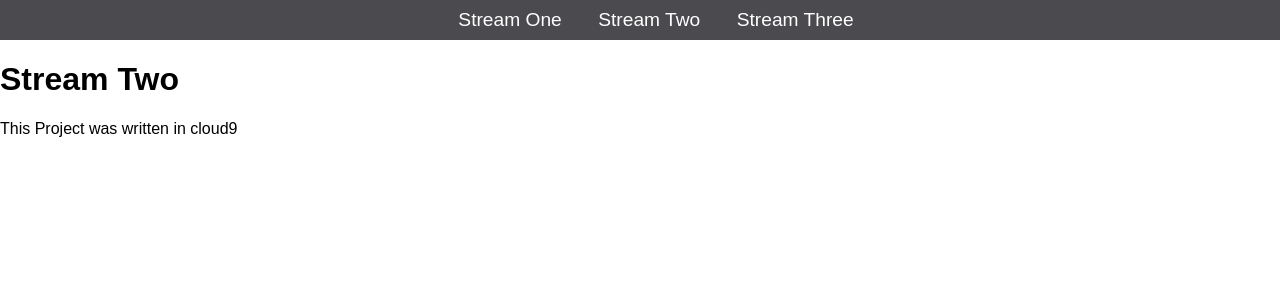
Repository: conbonbom/my-first-website
Page: stream-two.html
The author's editor kept a record of every edit. The page is drawn from the files as they stood at one moment, then again after the next edit.
The browser window is 1280 px wide. The pictures show the whole page.

Above is the page before.

After the next edit:
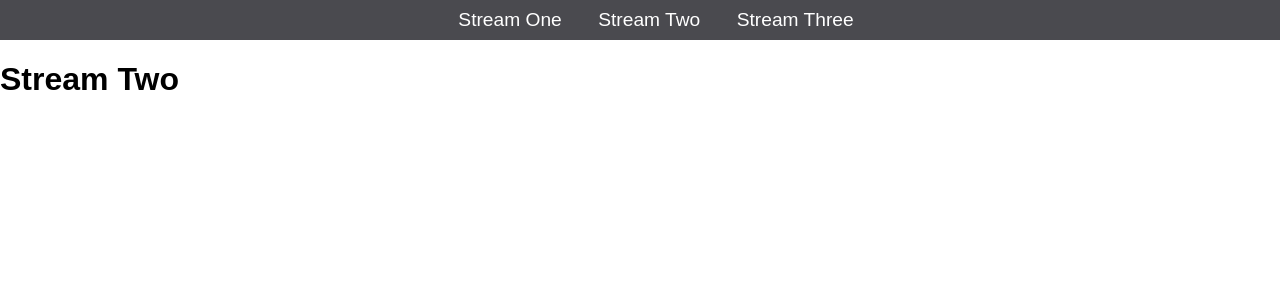
The edit:
--- a/stream-two.html
+++ b/stream-two.html
@@ -13,6 +13,48 @@
             </ul>
         </nav>
         <h1>Stream Two</h1>
-        <p>This Project was written in cloud9</p>
+
+        <div class="card">
+            <a href="">
+            <img src=""></img>
+            <h2></h2>
+            </a>
+        </div>
+
+        <div class="card">
+            <a href="">
+            <img src=""></img>
+            <h2></h2>
+            </a>
+        </div>
+
+        <div class="card">
+            <a href="">
+            <img src=""></img>
+            <h2></h2>
+            </a>
+        </div>
+
+        <div class="card">
+            <a href="">
+            <img src=""></img>
+            <h2></h2>
+            </a>
+        </div>
+
+        <div class="card">
+            <a href="">
+            <img src=""></img>
+            <h2></h2>
+            </a>
+        </div>
+
+        <div class="card">
+            <a href="">
+            <img src=""></img>
+            <h2></h2>
+            </a>
+        </div>
+
     </body>
 </html>
